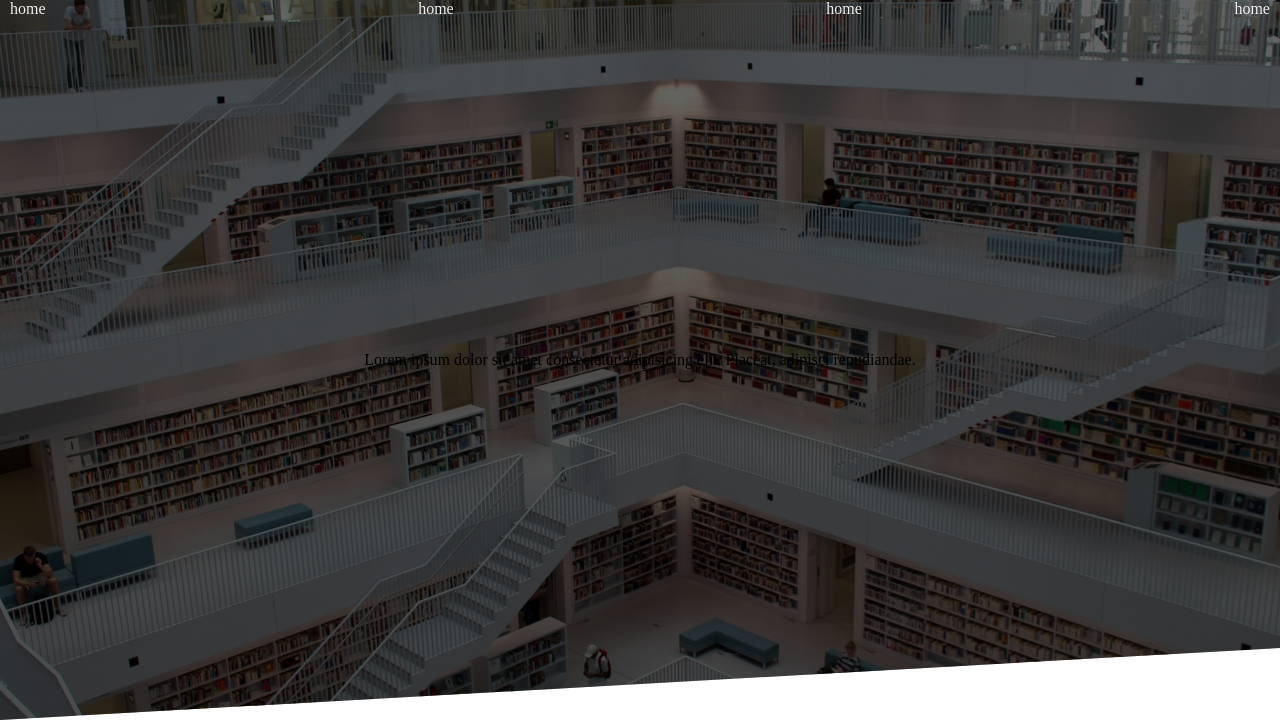
Repository: imedakrouti/BookStore
Page: ex.html
An editor plug-in stored every save of this project. The page is shown before and after a run of saves, followed by the edit.
The browser window is 1280 px wide. The pictures show the whole page.

Above is the page before, as saved 2020-05-06 21:44:39.

After the next 2 saves:
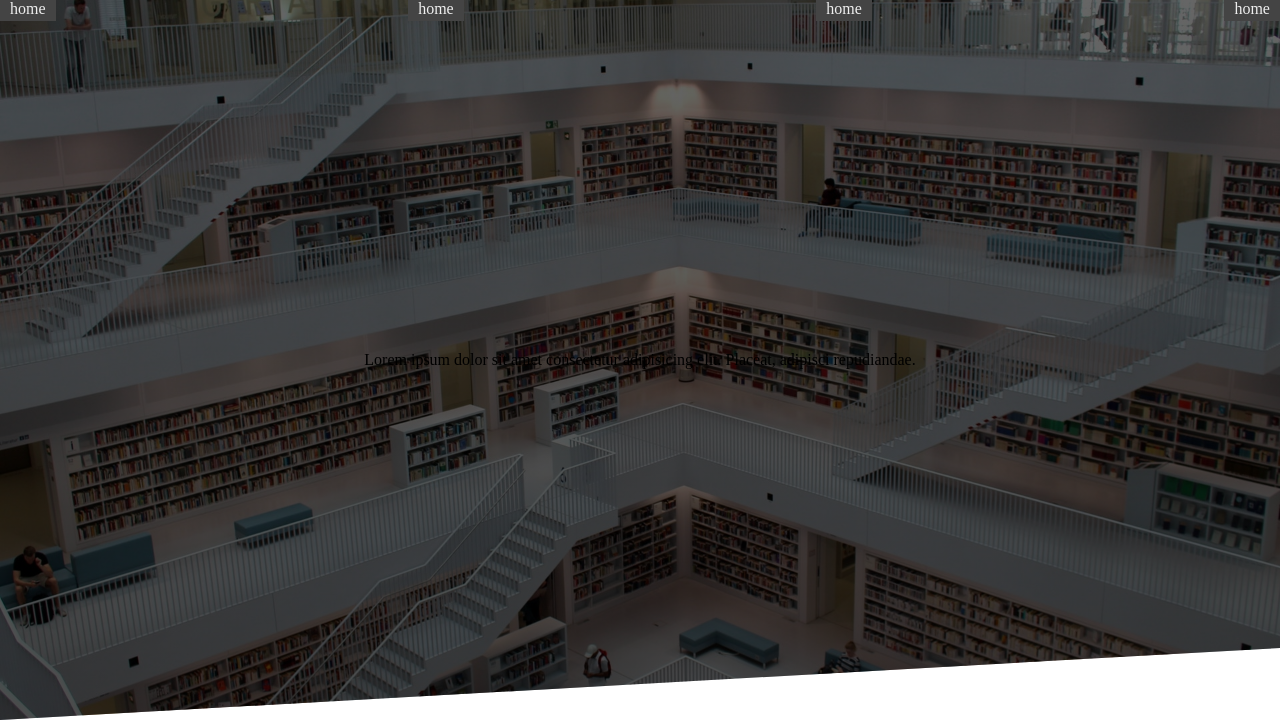
The 2 saves are shown as one change because they came seconds apart.
The last was saved 23 s later.
--- a/ex.html
+++ b/ex.html
@@ -34,7 +34,8 @@
     ul li a{
         text-decoration: none;
         padding: 4px 10px;
-        color:#eee
+        color:#eee;
+        background:#444;
     }
 
 </style>
